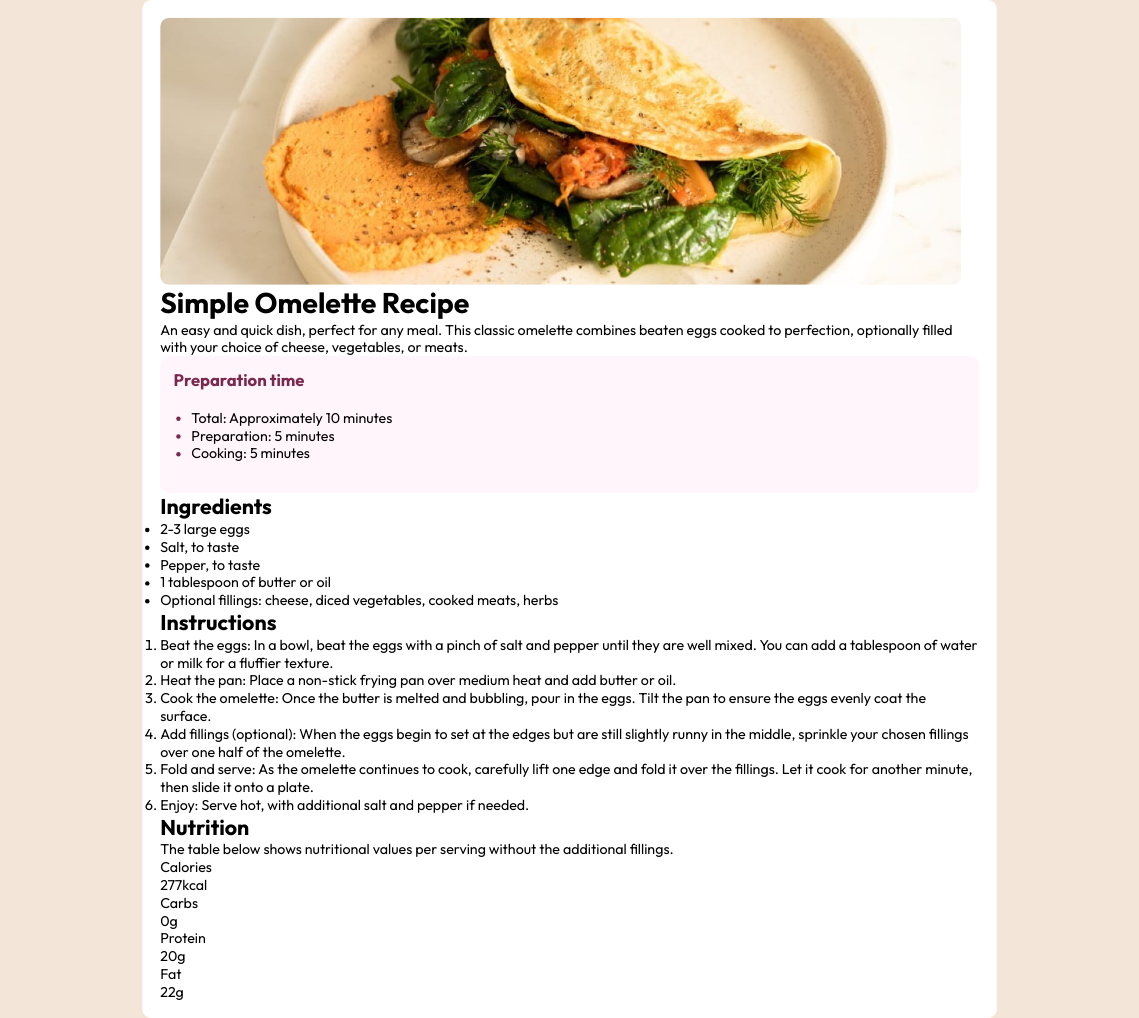
Repository: reemoon-ctrl/mine-recipe-page-main
Page: index1.html
These files come from the project's save history. The page is drawn as it stood at one moment and after a run of saves; the edit follows.
The browser window is 1280 px wide. The pictures show the whole page, at 89% of full size.

Above is the page before, as saved 2024-08-11 15:20:33.

### index1.html
<!DOCTYPE html>
<html lang="en">
<head>
    <meta charset="UTF-8">

    <style>
        @import url('https://fonts.googleapis.com/css2?family=Open+Sans:ital,wght@0,300..800;1,300..800&family=Outfit:wght@100..900&family=Poppins:ital,wght@0,100;0,200;0,300;0,400;0,500;0,600;0,700;0,800;0,900;1,100;1,200;1,300;1,400;1,500;1,600;1,700;1,800;1,900&family=Young+Serif&display=swap');
        @import url('https://fonts.googleapis.com/css2?family=Open+Sans:ital,wght@0,300..800;1,300..800&family=Poppins:ital,wght@0,100;0,200;0,300;0,400;0,500;0,600;0,700;0,800;0,900;1,100;1,200;1,300;1,400;1,500;1,600;1,700;1,800;1,900&family=Young+Serif&display=swap');
    </style>
        <meta name="viewport" content="width=device-width, initial-scale=1.0">
    <link rel="stylesheet" href="/style.css">
    <title>ommelette</title>
</head>
<body>
    <div class="page-center">
        <div class="container">
            <header>
            <div class="rec-img"></div>
            <h1>Simple Omelette Recipe</h1>

            <p>An easy and quick dish, perfect for any meal.
            This classic omelette combines beaten eggs cooked
            to perfection, optionally filled with your choice
            of cheese,
            vegetables, or meats.</p>
            </header>

            <div class="prep-time">
                <h3>Preparation time</h3>


                <ul>
                <li>Total: Approximately 10 minutes</li>
                <li>Preparation: 5 minutes</li>
                <li>Cooking: 5 minutes</li>
                </ul>
            </div>

            <h2>Ingredients</h2>
            <ul>
            <li>2-3 large eggs</li>
            <li>Salt, to taste</li>
            <li>Pepper, to taste</li>
            <li>1 tablespoon of butter or oil</li>
            <li>Optional fillings: cheese, diced vegetables, cooked meats, herbs</li>
            </ul>






            <h2>Instructions</h2>
            <ol>
            <li>Beat the eggs: In a bowl, beat the eggs with a pinch of salt and pepper until they are well mixed.
                You can add a tablespoon of water or milk for a fluffier texture.</li>
            <li>Heat the pan: Place a non-stick frying pan over medium heat and add butter or oil.</li>
            <li>Cook the omelette: Once the butter is melted and bubbling, pour in the eggs. Tilt the pan to ensure
                the eggs evenly coat the surface.</li>
            <li>Add fillings (optional): When the eggs begin to set at the edges but are still slightly runny in the
                middle, sprinkle your chosen fillings over one half of the omelette.</li>
            <li>Fold and serve: As the omelette continues to cook, carefully lift one edge and fold it over the
                fillings. Let it cook for another minute, then slide it onto a plate.</li>
            <li>Enjoy: Serve hot, with additional salt and pepper if needed.</li>
            </ol>

            <h2>Nutrition</h2>

            <p>The table below shows nutritional values per serving without the additional fillings.</p>

            <div>Calories</div>
            <div>277kcal</div>

            <div>Carbs</div>
            <div>0g</div>

            <div>Protein</div>
            <div>20g</div>

            <div>Fat</div>
            <div>22g</div>
         </div>
    </div>
</body>
</html>

### style.css
*{
    padding: 0;
    margin: 0;
    box-sizing: border-box;
}
body{
    background: hsl(30, 54%, 90%);
    font-family: "Outfit", sans-serif;
    font-optical-sizing: auto;
    font-weight: 400;
    font-style: normal;

}
.rec-img{

    max-width: 900px;
    border-radius:10px ;
    height: 300px;
    background: url('/image-omelette.jpeg')no-repeat center center/cover;
}
.container{
    background: #fff;
    border-radius: 10px;
    margin:auto;

    /* margin: auto; */
    max-width:960px;
    padding: 20px;

}
.page-center{
    height: 100vh;
    display: grid;
    grid-template-columns: 960px;
    align-items: center;
    justify-content:space-around;
}
.prep-time{
    background: hsl(330, 100%, 98%);
    padding: 15px;
    border-radius: 10px;
}
.prep-time ul{
    padding: 20px;
}
.prep-time ul li::marker {
    color: hsl(332, 51%, 32%);
  }

.prep-time h3{
    color: hsl(332, 51%, 32%);
    /* font-family: "Young Serif", serif;
    font-weight: 400;
    font-style: normal; */

}

After the next 3 saves:
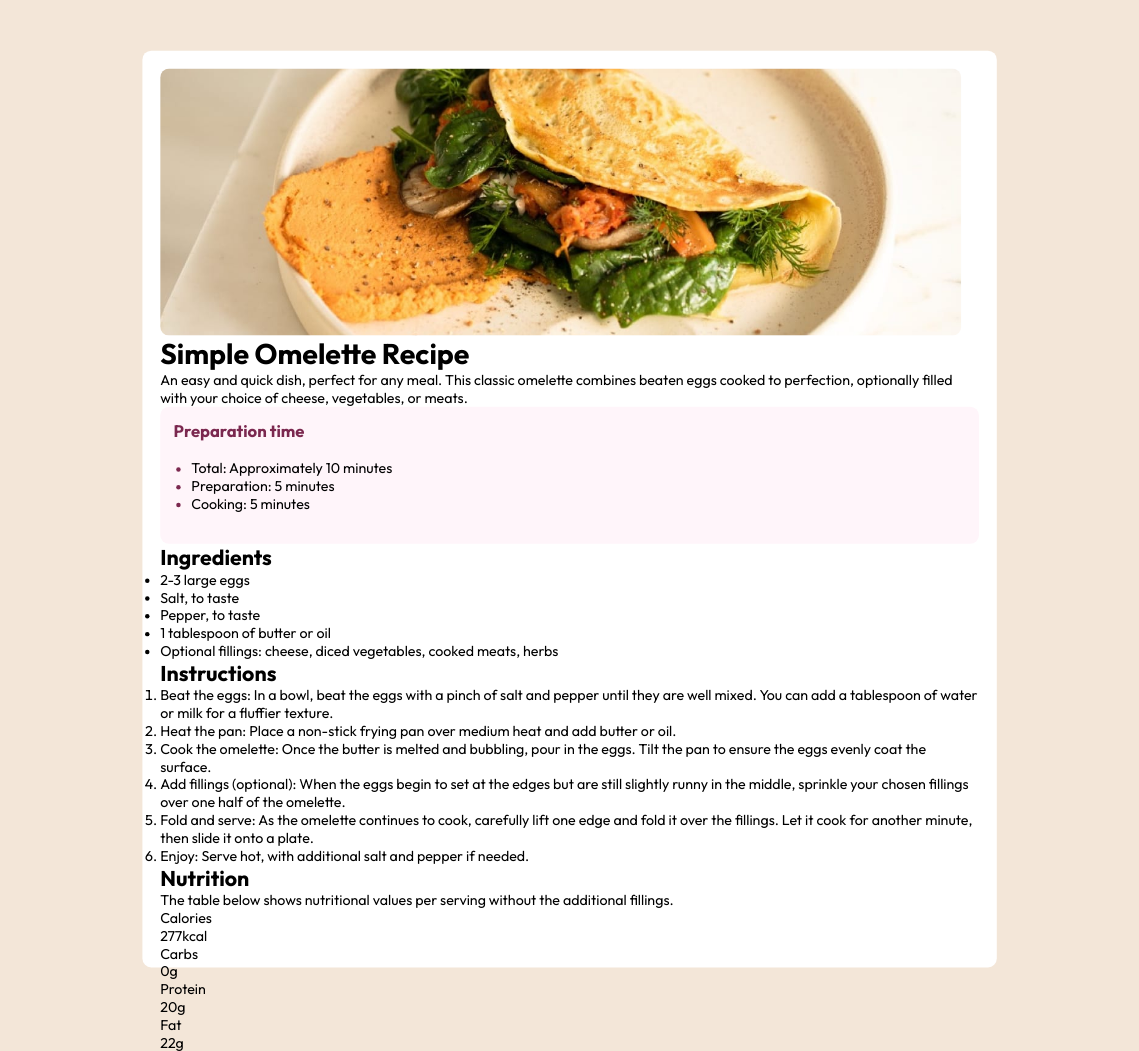
The 3 saves are shown as one change because they came seconds apart.
The last was saved 10 s later.
--- a/style.css
+++ b/style.css
@@ -22,7 +22,7 @@ body{
     background: #fff;
     border-radius: 10px;
     margin:auto;
-
+    height: 90%;
     /* margin: auto; */
     max-width:960px;
     padding: 20px;
